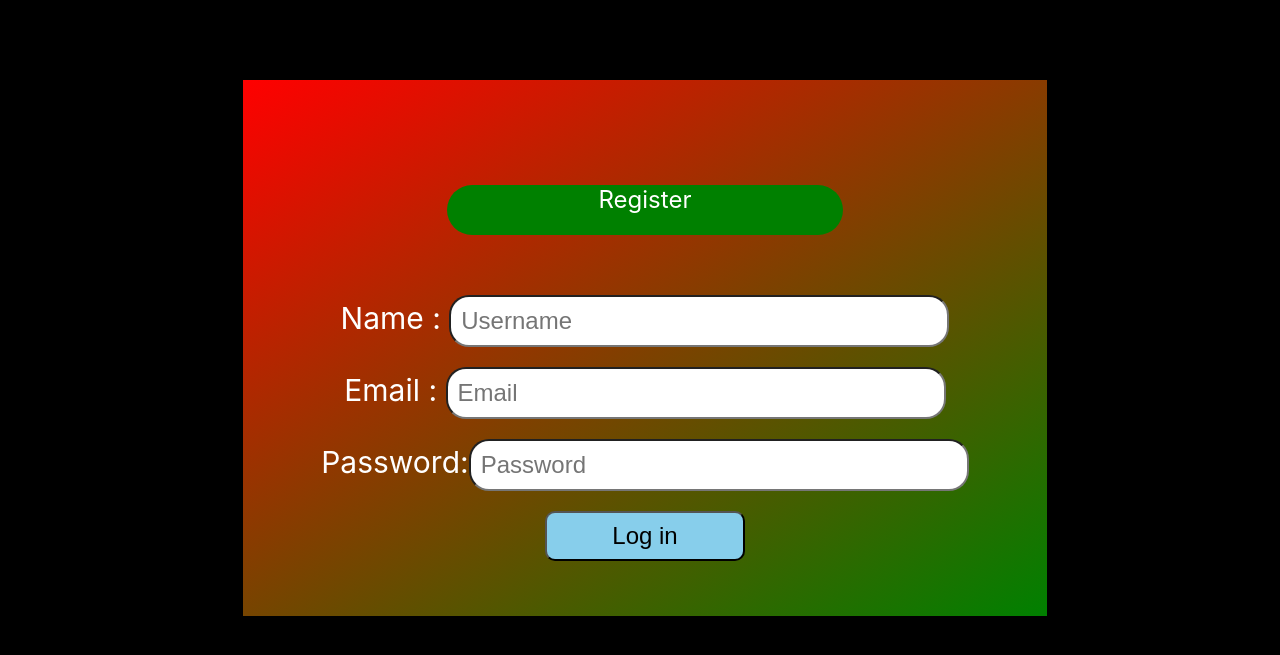
Repository: abhaysharma20233009/swiftKey
Page: /login (app in frontend/my-app/)
The author's editor kept a copy of each file at every save. The page is drawn from the files as they stood at one save, then again after the next save.
The browser window is 1280 px wide. The pictures show the whole page.
The project was rebuilt for these pictures with package versions that can differ from the ones it lists, and the page was loaded fresh each time. Also part of the build but not shown: frontend/my-app/src/Swifts.js, frontend/my-app/src/Results.js.

Above is the page before, as saved 2024-10-10 20:28:55.

After the next save:
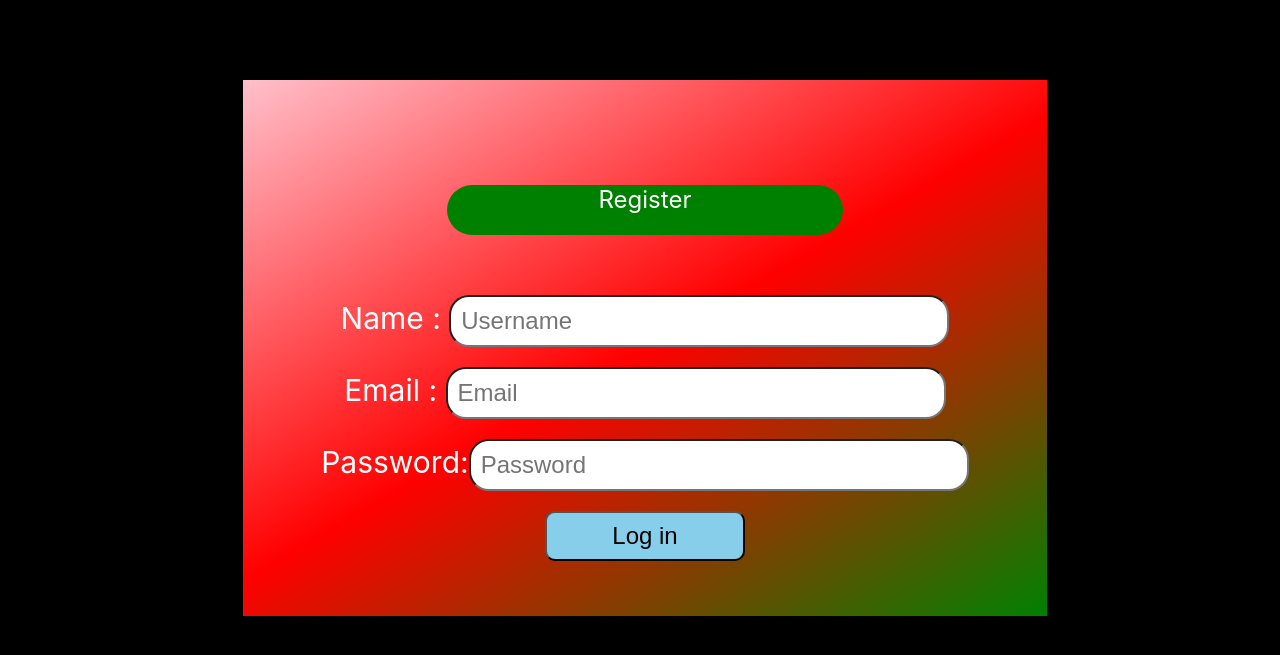
Saved 46 s later.
--- a/frontend/my-app/src/App.css
+++ b/frontend/my-app/src/App.css
@@ -62,7 +62,7 @@ body{
   font-size: 30px;
   margin-top:80px;
   padding:5px;
-  background:linear-gradient(150deg,red,green);
+  background:linear-gradient(150deg,pink,red,green);
   background-color:rgb(169, 90, 63);
   width:62%;
   margin-left:19%;
